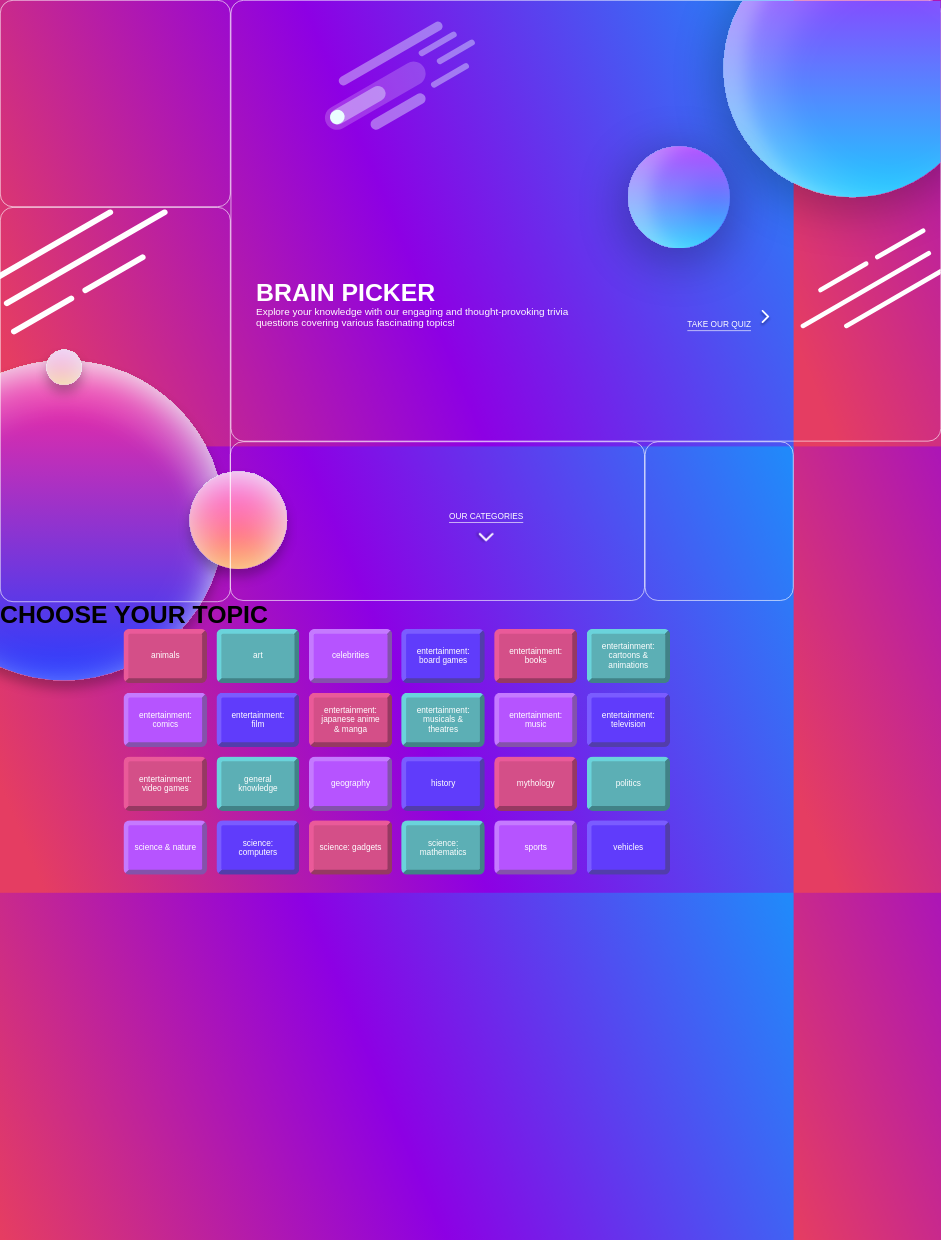
Repository: pjiang604/COMP-2170_Final-Project
Page: index.html
These files come from the project's save history. The page is drawn as it stood at one moment and after the next save; the edit follows.
The browser window is 1280 px wide. The page is 1518 px wide, so the pictures cover 1518 px, including what lies to the right of the window. The pictures show the whole page, at 62% of full size.
Backgrounds fixed to the window are drawn as part of the page.

Above is the page before, as saved 2023-04-30 13:10:20.

After the next save:
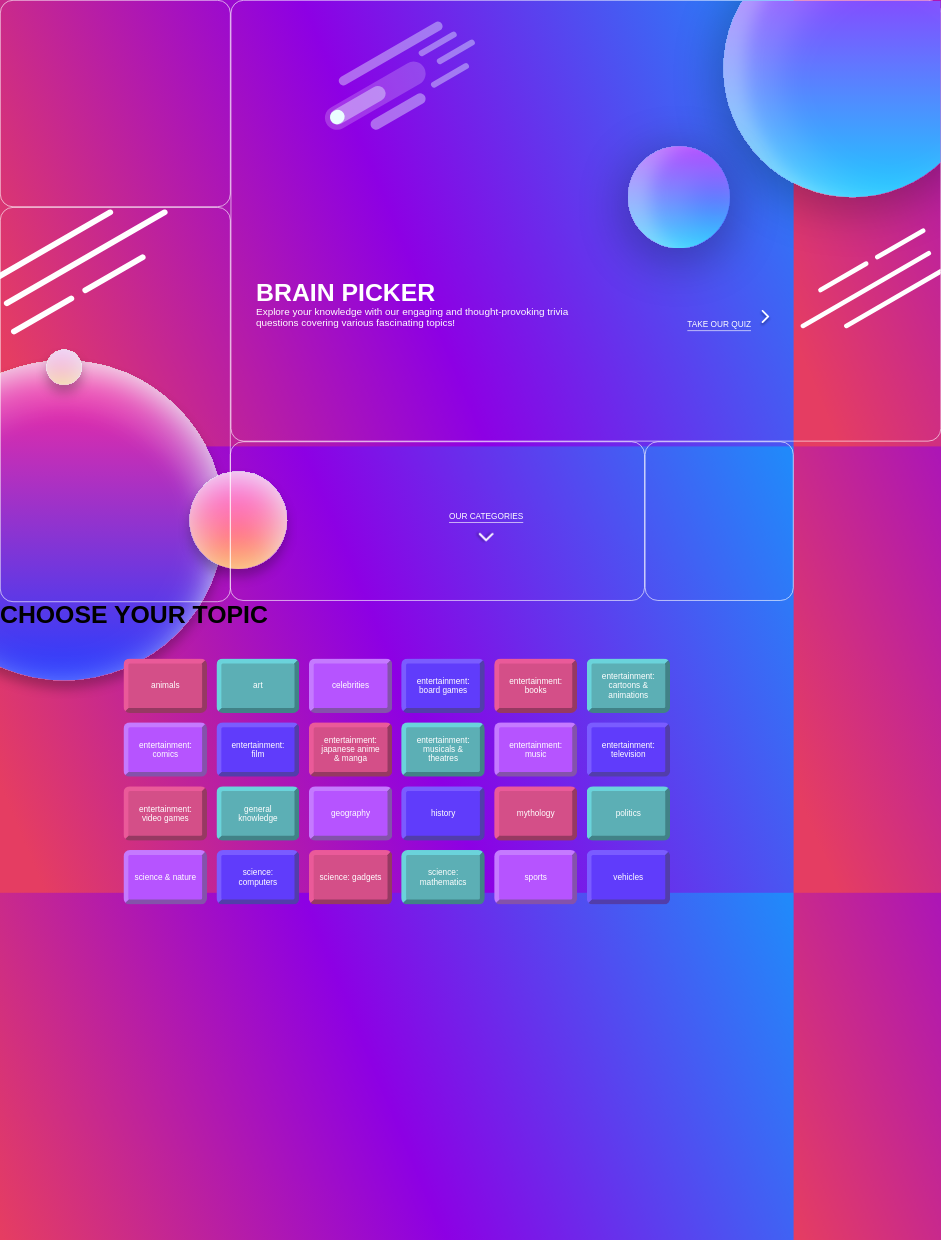
Saved 17 s later.
--- a/style.css
+++ b/style.css
@@ -189,6 +189,7 @@ body {
 	gap: .935rem;
 	align-items: center;
 	justify-content: center;
+	padding-top: 3rem;
 }
 
 .topic_button1{
